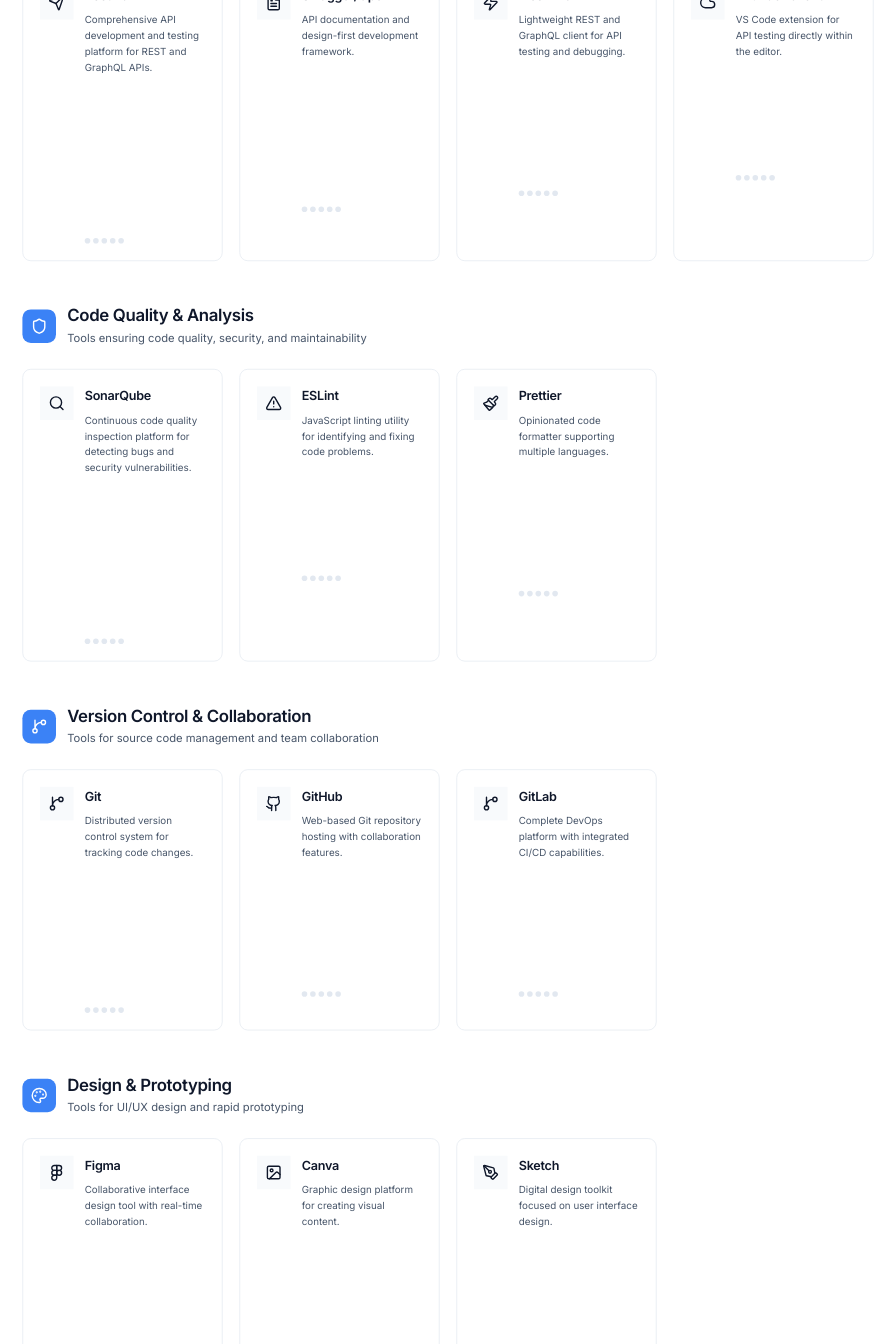
Repository: ayaaas/portflio_aya
Page: /tools-professional-workflow-display
The author's editor kept a copy of each file at every save. The page is drawn from the files as they stood at one save, then again after the next save.
The browser window is 1280 px wide. The pictures show the part of the page from y = 1420 to 3340 px (the page is 4602 px tall before and 4482 px after), at 70% of full size.
The project was rebuilt for these pictures with package versions that can differ from the ones it lists, and the page was loaded fresh each time. Also part of the build but not shown: vite.config.mjs, src/components/ErrorBoundary.jsx, src/components/AppImage.jsx, src/pages/hero-section-developer-portfolio/components/ProfileImage.jsx, src/pages/hero-section-developer-portfolio/components/AnimatedText.jsx, src/pages/hero-section-developer-portfolio/components/HeroContent.jsx, src/pages/hero-section-developer-portfolio/components/BackgroundPattern.jsx, src/pages/hero-section-developer-portfolio/components/ScrollIndicator.jsx and 24 more.

Above is the page before, as saved 2025-07-19 00:21:26.

After the next save:
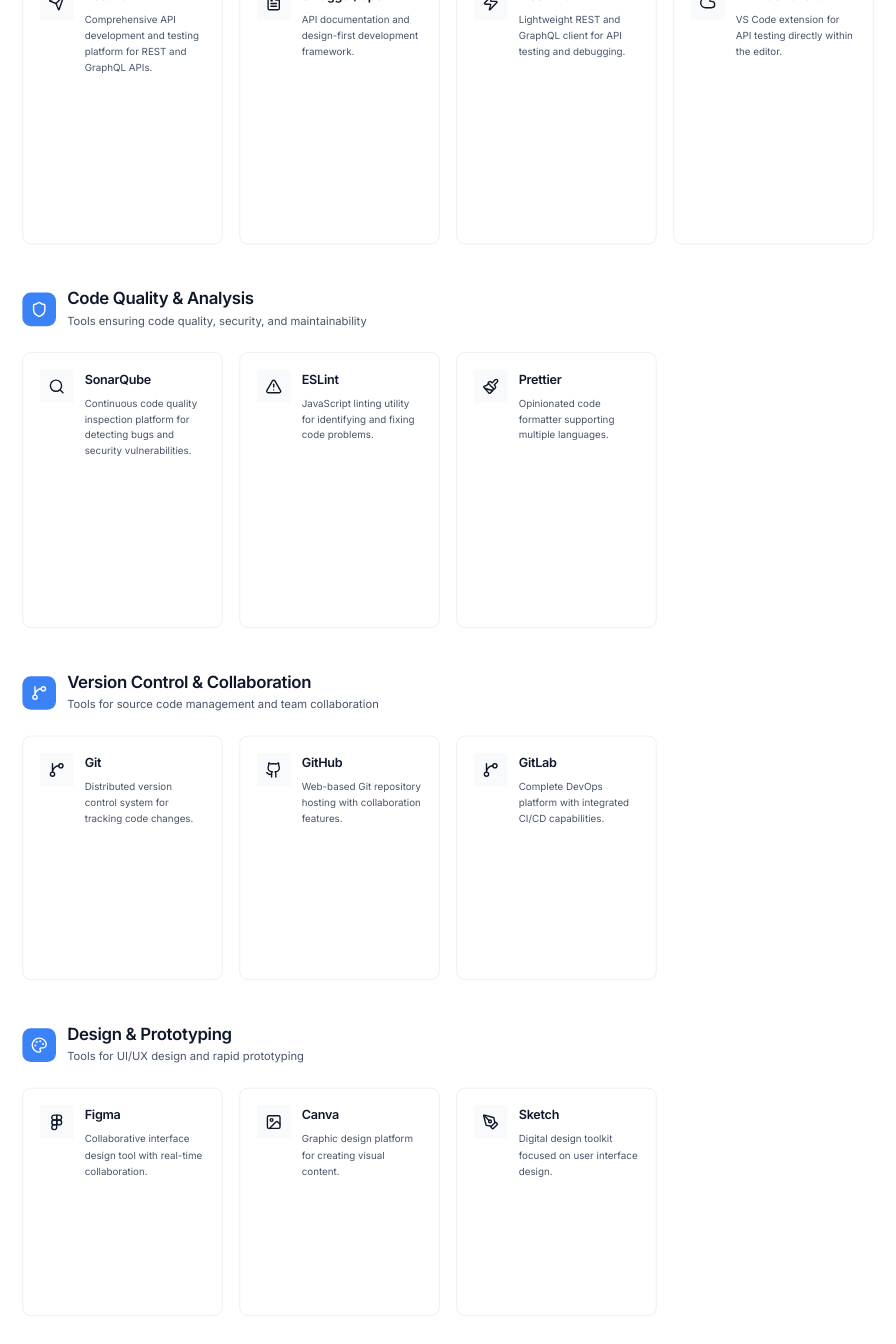
Saved 3 min 31 s later.
--- a/src/pages/tools-professional-workflow-display/components/ToolCard.jsx
+++ b/src/pages/tools-professional-workflow-display/components/ToolCard.jsx
@@ -40,18 +40,7 @@
             </div>
           )}
 
-          <div className="mt-4 flex items-center space-x-2">
-            <div className="flex items-center space-x-1">
-              {[...Array(level)].map((_, i) => (
-                <div key={i} className="w-2 h-2 bg-accent rounded-full"></div>
-              ))}
-              {[...Array(5 - level)].map((_, i) => (
-                <div key={i} className="w-2 h-2 bg-border rounded-full"></div>
-              ))}
-            </div>
-
-
-          </div>
+          {/* Proficiency status removed as requested */}
         </div>
       </div>
     </div>
